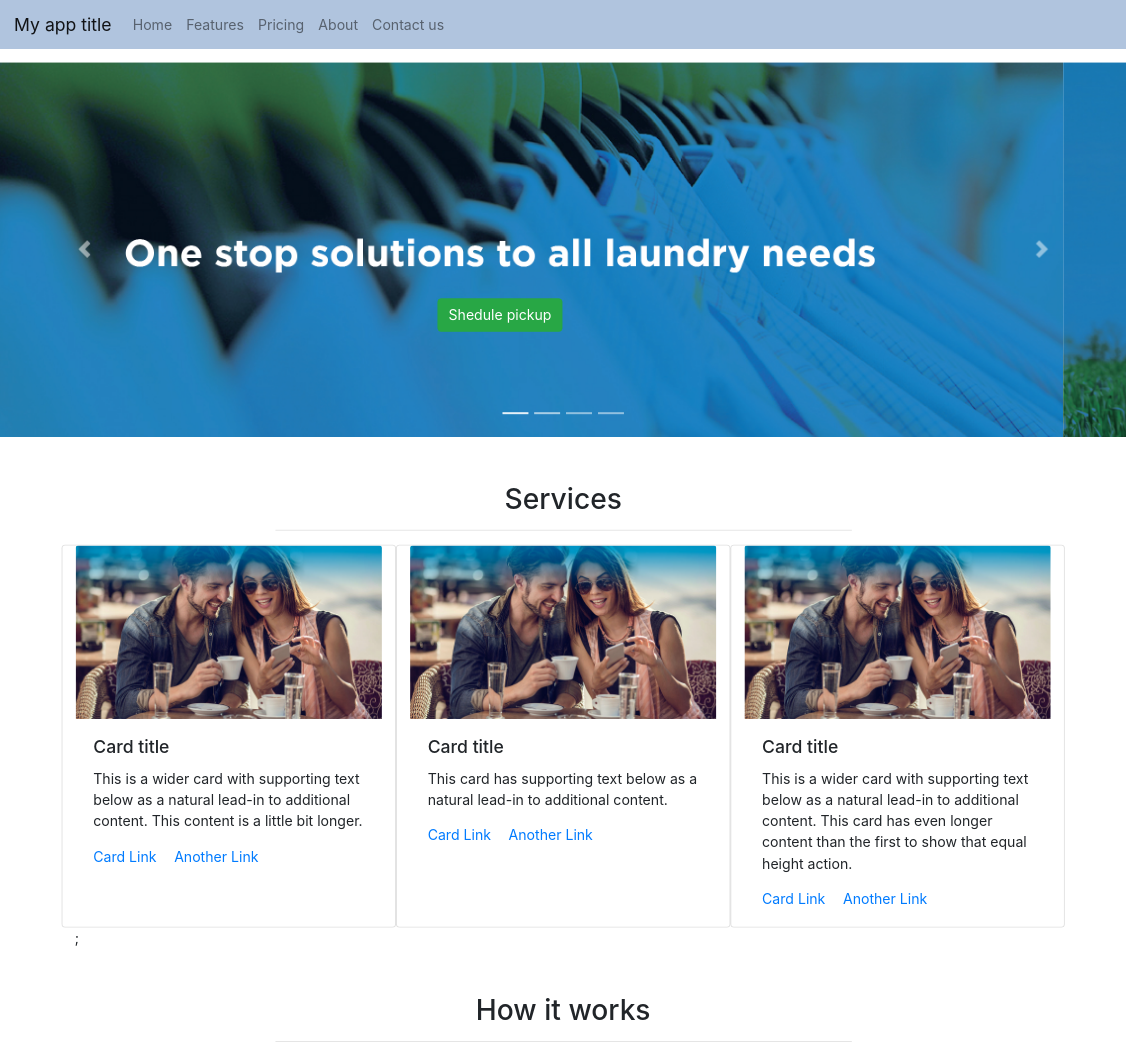
Repository: sravani123/BasicReactWebApp
Page: /
These files come from the project's save history. The page is drawn as it stood at one moment and after the next save; the edit follows.
The browser window is 1280 px wide. The pictures show the whole page, at 88% of full size.
Some web libraries are served in a nearby version. The project was rebuilt for these pictures with package versions that can differ from the ones it lists, and the page was loaded fresh each time. Also part of the build but not shown: src/components/Common/ProgressButton.js, src/components/Pricing/Pricing.js, src/components/About/About.js, src/components/Features/Features.js, src/components/Contact/Contact.js, src/components/Common/Calendar/Hello.js.

Above is the page before, as saved 2019-03-20 18:19:16.

### public/index.html
<!DOCTYPE html>
<html lang="en">
  <head>
    <meta charset="utf-8" />
    <link rel="shortcut icon" href="%PUBLIC_URL%/favicon.ico" />
    <meta
      name="viewport"
      content="width=device-width, initial-scale=1, shrink-to-fit=no"
    />
    <meta name="theme-color" content="#000000" />
    <!--
      manifest.json provides metadata used when your web app is installed on a
      user's mobile device or desktop. See https://developers.google.com/web/fundamentals/web-app-manifest/
    -->
    <link rel="manifest" href="%PUBLIC_URL%/manifest.json" />
    <link
    rel="stylesheet"
    href="https://maxcdn.bootstrapcdn.com/bootstrap/4.2.1/css/bootstrap.min.css"
    integrity="sha384-GJzZqFGwb1QTTN6wy59ffF1BuGJpLSa9DkKMp0DgiMDm4iYMj70gZWKYbI706tWS"
    crossorigin="anonymous"
  />


    <!--
      Notice the use of %PUBLIC_URL% in the tags above.
      It will be replaced with the URL of the `public` folder during the build.
      Only files inside the `public` folder can be referenced from the HTML.

      Unlike "/favicon.ico" or "favicon.ico", "%PUBLIC_URL%/favicon.ico" will
      work correctly both with client-side routing and a non-root public URL.
      Learn how to configure a non-root public URL by running `npm run build`.
    -->
    <title>React App</title>

  </head>
  <body>
    <script src="https://cdnjs.cloudflare.com/ajax/libs/holder/2.9.6/holder.min.js"></script>
      <div id="root"></div>
  </body>
</html>

### src/index.js
import React from 'react';
import ReactDOM from 'react-dom';
import './index.scss';
import * as serviceWorker from './serviceWorker';
import AppRouter from './AppRouter';
import Hello from './components/Common/Calendar/Hello';
ReactDOM.render(<AppRouter />, document.getElementById('root'));

// If you want your app to work offline and load faster, you can change
// unregister() to register() below. Note this comes with some pitfalls.
// Learn more about service workers: http://bit.ly/CRA-PWA
serviceWorker.unregister();

### src/index.scss
 @import './styles/components/home';
 @import './styles/base/settings';
 @import './styles/components/header';

 html {
  font-size: 100%;
}

body {
  margin: 0;
  padding-top: 70px;
  font-family: -apple-system, BlinkMacSystemFont, "Segoe UI", "Roboto", "Oxygen",
    "Ubuntu", "Cantarell", "Fira Sans", "Droid Sans", "Helvetica Neue",
    sans-serif;
  -webkit-font-smoothing: antialiased;
  -moz-osx-font-smoothing: grayscale;
}

code {
  font-family: source-code-pro, Menlo, Monaco, Consolas, "Courier New",
    monospace;
}

### src/AppRouter.js
import React from 'react';
import { BrowserRouter, Route, Switch, Link, NavLink } from 'react-router-dom';
import Home from './components/Home/Home';
import Pricing from './components/Pricing/Pricing';
import About from './components/About/About';
import Features from './components/Features/Features';
import Contact from './components/Contact/Contact';
import Header from './components/Common/Header';

const NotFoundPage = () => (
  <div>
    404!- <Link to="/">Go to Home </Link>
  </div>
);

const AppRouter = () => (
  <BrowserRouter>
    <div>
      <Header />
      <Switch>
        <Route exact={true}  path="/" component={Home} />
        <Route path="/Home" component={Home} />
        <Route path="/Pricing" component={Pricing} />
        <Route path="/About" component={About} />

        <Route path="/Features" component={Features} />
        <Route path="/Contact" component={Contact} />
        <Route component={NotFoundPage} />
      </Switch>
    </div>
  </BrowserRouter>
);


export default AppRouter;

### src/styles/components/_home.scss
Card.Img{
    height: 160px;
    width: 100%;
}
.carousel-item{
    min-height: 400px;
  }

  .item img {
      position: absolute;
      top: 0;
      left: 0;
      min-height: 300px;
  }
  .spacer-small{
      margin: 3.2rem;
  }
  .btn-shedule-service{
      margin-bottom: 5rem;
  }
  .select-service{
      margin:10px 0;
  }
  .date-time-pickers{
      margin: 5px 0;
  }
  .time-picker{
float: right;
}

### src/styles/components/_header.scss
.collapse.navbar-collapse ul.navbar-nav li.nav-item a.nav-link.is-active{
    color: lightblue !important;
    background-color: transparent;
    border-bottom: 4px solid lightblue;
}
.fixed-top  {
background-color:lightsteelblue !important;
}

### src/components/Home/Home.js
import React,  { useState } from 'react';
import DateFnsUtils from "@date-io/date-fns";
import PropTypes from 'prop-types';
import axios from 'axios';
import HomeTemplate from './HomeTemplate';
import "react-datepicker/dist/react-datepicker.css";
import {
  MuiPickersUtilsProvider,
  DatePicker,
  TimePicker
} from "material-ui-pickers";


class Home extends React.Component {
  // const [selectedDate, handleDateChange] = useState(new Date());

  state = {
    open: false,
    selectedDate: new Date(),
    selectedTime : new Date(),
    mailDetails :{
      name:"",
      email:'',
      message:''
    },
    serviceRequest: {
      name: '',
      email: '',
      mobileNumber:'',
      addressOne:'',
      addressTwo:'',
      landMark:'',
      selectedService:''
  }

  };
  handleDateChange = date => {
    console.log(date);
    this.setState({ selectedDate:date});
  };
  handleTimeChange = time => {
    console.log(time);
    this.setState({ selectedTime: time });
  };

  handleShow = () => {
    this.setState({ open: true });
  };

  handleClose = () => {
    this.setState({ open: false });
  };
  handleSelectChange =({target: {name,value}}) => {
    console.log(value);
    this.setState({
    serviceRequest: {
    [name]: value
    }
    });
    }
  // handleServiceTypeChange = event =>{
  //   console.log(event.target.name);
  //   console.log(event.target.value);

  //   this.setState({ [event.target.name]: event.target.value });
  // }
  handleChange = event => {
    event.persist();
    console.log(event.target.value);
    switch(event.target.id) {
      case 'mobile-number':
      this.setState(state => {
        state.serviceRequest.mobileNumber = event.target.value
        return state
      })
      break;
      case 'name':
      this.setState(state => {
        state.serviceRequest.name = event.target.value
        return state
      })
      break;
      // this.setState(state => (state.serviceRequest.mobileNumber = '384239847', state));
      case 'emailId':
      this.setState(state => {
        state.serviceRequest.email = event.target.value
        return state
      })
      break;
      case 'address-one':
      console.log()
      this.setState((state )=> {
        state.serviceRequest.addressOne = event.target.value
        return state
      })
      break;
      case 'address-two':
      this.setState((state ) => {
        state.serviceRequest.addressTwo =   `\n` +event.target.value
        return state
      })
      break;
      case 'landmark':
      this.setState((state ) => {
        console.log('===============event is ================='+event.target.value);
        state.serviceRequest.landMark =  `\n` +event.target.value
        return state
      })
      break;
      case 'hello':
      this.setState((state ) => {
        console.log('===============event is ================='+event.target.value);
        state.serviceRequest.selectedService =   event.target.value
        return state
      })
      break;
      default:
        return 'foo';
    }
  };

   handleSubmit = (e) =>{
     console.log('handle submmit is called ===>>');
    let {selectedDate,selectedTime,serviceRequest: {name, email, mobileNumber,addressOne , addressTwo, landMark,selectedService}} = this.state;
    selectedTime = selectedTime ? selectedTime.getHours() +':' + selectedTime.getMinutes() : '';
    selectedDate = selectedDate? `${selectedDate.getDate()} /  ${selectedDate.getMonth()}` :'';

    // e.preventDefault();
    axios({
        method: "POST",
        url:"http://localhost:3000/url",
        headers: {
          'Access-Control-Allow-Origin': '*',
          'Content-Type': 'application/json',
        },
        data: {
            name: name,
            email: email,
            message: `You have got a service request from the name : ${name} \n on Date: ${selectedDate}  \n Time: ${selectedTime} \n  email: ${email} \n  Contact details: ${mobileNumber} \n Address: ${addressOne} , \n ${addressTwo}, \n ${landMark}`
        }
    }).then((response)=>{
      console.log("============"+name);
      console.log(response);

      this.handleClose();
        if (response.data.msg === 'success'){
            alert("Message Sent.");
            this.resetForm()
        }else if(response.data.msg === 'fail'){
            alert("Message failed to send.")
        }
    })
  };


  render() {
    // {name, email, ...rest} = {a: 10, b: 20, c: 30, d: 40}
    const {selectedDate,selectedTime,serviceRequest: {name, email, mobileNumber,addressOne , addressTwo, landMark,selectedService}} = this.state;
    // const {} = this.state;

    // const { name, email, mobileNumber,addressOne , addressTwo, landMark  } = serviceRequest;
    // const shedulueForm =   { name, email, mobileNumber,addressOne , addressTwo, landMark };
    return (
      <div>

      <HomeTemplate
        handleShow = {this.handleShow}
        handleClose = {this.handleClose}
        handleSubmit = {this.handleSubmit}
        name ={name}
        email={email}
        addressOne={addressOne}
        addressTwo={addressTwo}
         mobileNumber={mobileNumber}
         landMark ={landMark}
         selectedService ={selectedService}
        DateFnsUtils ={DateFnsUtils}
        handleDateChange ={this.handleDateChange}
        handleTimeChange={this.handleTimeChange}
        handleSelectChange ={this.handleSelectChange}
        handleChange = {this.handleChange}
        selectedDate = {selectedDate}
        selectedTime = {selectedTime}
        open = {this.state.open}
       />
     </div>

    );
  }
}


export default Home;

### src/components/Common/Header.js
import ReactDOM from 'react-dom';
import React from 'react';
import {Link} from 'react-router-dom';
import {Navbar, Nav} from 'react-bootstrap';

const Header = () =>(
<div>

<nav className="navbar fixed-top navbar-expand-lg navbar-light bg-light">
      <Link className="navbar-brand"  to="/"  >My app title</Link>
      <button className="navbar-toggler" type="button" data-toggle="collapse" data-target="#navbarSupportedContent" aria-controls="navbarSupportedContent" aria-expanded="false" aria-label="Toggle navigation">
        <span className="navbar-toggler-icon"></span>
      </button>

      <div className="collapse navbar-collapse" id="navbarSupportedContent">
    <ul className="navbar-nav mr-auto">
    <li className="nav-item">
      <Link className="nav-link" to="/Home" >Home</Link>
      </li>
      <li className="nav-item">

      <Link className="nav-link" to="/Features" >Features</Link>
      </li>
      <li className="nav-item">

      <Link className="nav-link" to="/Pricing"  >Pricing</Link>
      </li>
      <li className="nav-item">

      <Link className="nav-link" to="/About" >About</Link>
      </li>
      <li>
      <Link className="nav-link" to="/Contact" >Contact us</Link>
      </li>
  </ul>
  </div>
    </nav>
</div>

);

export default Header;

### src/components/Home/HomeTemplate.js
import React,  { useState } from 'react';
import Carousel from 'react-bootstrap/Carousel';
import carousal_img_one from '../../assets/web-banners-01.jpg';
import carousal_img_two from '../../assets/web-banners-02.jpg';
import carousal_img_three from '../../assets/web-banners-03.jpg';
import carousal_img_four from '../../assets/web-banners-03.jpg';
import TextField from '@material-ui/core/TextField';
import Dialog from '@material-ui/core/Dialog';
import Select from '@material-ui/core/Select';
import DialogActions from '@material-ui/core/DialogActions';
import DialogContent from '@material-ui/core/DialogContent';
import DialogContentText from '@material-ui/core/DialogContentText';
import DialogTitle from '@material-ui/core/DialogTitle';
import Button from 'react-bootstrap/Button';
import Card from 'react-bootstrap/Card';
import myImg from '../../assets/hipsters-cropped-screened.jpg';
import FormControl from '@material-ui/core/FormControl';
import InputLabel from '@material-ui/core/InputLabel';
import MenuItem from '@material-ui/core/MenuItem';
import FormHelperText from '@material-ui/core/FormHelperText';
import ProgressButton from './../Common/ProgressButton'
import baseTheme from 'material-ui/styles/baseThemes/lightBaseTheme';
import getMuiTheme from 'material-ui/styles/getMuiTheme';
import MuiThemeProvider from 'material-ui/styles/MuiThemeProvider'

import {
    MuiPickersUtilsProvider,
    DatePicker,
    TimePicker
  } from "material-ui-pickers";

  const styles = theme => ({
    root: {
      display: 'flex',
      flexWrap: 'wrap',
    },
    formControl: {
      margin: theme.spacing.unit,
      minWidth: 120,
    },
    selectEmpty: {
      marginTop: theme.spacing.unit * 2,
    },
  });
const CarousalTemplate = (props) =>  (


   <div>
    <Carousel>
    <Carousel.Item>
      <img
        className="d-block w-100"
        src={carousal_img_one}
        alt="First slide"
      />
     <div className="carousel-caption d-none d-md-block">
    <button type="button" className="btn btn-success btn-shedule-service"  onClick={props.handleShow}>Shedule pickup </button>
    </div>
    </Carousel.Item>
    <Carousel.Item>
      <img
        className="d-block w-100"
        src={carousal_img_two}
        alt="Second slide"
      />
  <div className="carousel-caption d-none d-md-block">
    <button type="button" className="btn btn-success btn-shedule-service"  onClick={props.handleShow}>Shedule pickup</button>
    </div>

    </Carousel.Item>
    <Carousel.Item>
      <img
        className="d-block w-100"
        src={carousal_img_three}
        alt="Third slide"
      />
  <div className="carousel-caption d-none d-md-block">
    <button type="button" className="btn btn-success btn-shedule-service"  onClick={props.handleShow}>Shedule pickup</button>
    </div>

    </Carousel.Item>
    <Carousel.Item>
      <img
        className="d-block w-100"
        src={carousal_img_four}
        alt="Third slide"
      />
  <div className="carousel-caption d-none d-md-block">
    <button type="button" className="btn btn-success btn-shedule-service"  onClick={props.handleShow}>Shedule pickup</button>
    </div>
    </Carousel.Item>
  </Carousel>
  <MuiThemeProvider muiTheme={getMuiTheme()}>

  <Dialog
            open={props.open}
            onClose={props.handleClose}
            aria-labelledby="form-dialog-title"
          >
            <DialogTitle id="form-dialog-title">Submit a pickup request</DialogTitle>
            <DialogContent>
              <DialogContentText>
                To subscribe to this website, please enter your email address here. We will send
                updates occasionally.
              </DialogContentText>
              <form  noValidate autoComplete="off">

              <TextField
                autoFocus
                margin="dense"
                id="name"
                label="Name"
                value = {props.name}
                onChange={props.handleChange}
                type="text"
                fullWidth
              />
               <TextField
                autoFocus
                margin="dense"
                id="emailId"
                label="Email Address"
                type="email"
                value= {props.email}
                onChange={props.handleChange}

                fullWidth
              />
               <TextField
                autoFocus
                margin="dense"
                id="mobile-number"
                label="Mobile number"
                type="number"
                onChange={props.handleChange}

                value ={props.mobileNumber}
                fullWidth
              />
           <FormControl required fullWidth className="formControl">
           <InputLabel htmlFor="service-required">Selected Service</InputLabel>
          <Select
            value={props.selectedService}
            onChange={props.handleSelectChange}
            inputProps={{
              name: 'selectedService',
              // id: 'age-required',
            }}
          >
            <MenuItem value="">
              <em>None</em>
            </MenuItem>
            <MenuItem value={10}>Ten</MenuItem>
            <MenuItem value={20}>Twenty</MenuItem>
            <MenuItem value={30}>Thirty</MenuItem>
          </Select>
          <FormHelperText>Required</FormHelperText>
        </FormControl>

            <MuiPickersUtilsProvider utils={props.DateFnsUtils}>
            <div className="date-time-pickers">

            <DatePicker
            className = "date-picker"
            value={props.selectedDate}
            onChange={props.handleDateChange}
          />
            <TimePicker className = "time-picker" value={props.selectedTime} onChange={props.handleTimeChange} />
             </div>
          </MuiPickersUtilsProvider>
          <TextField
                autoFocus
                margin="dense"
                id="address-one"
                label="Address Line 1 "
                onChange={props.handleChange}

                type="text"
                fullWidth
              />
                <TextField
                autoFocus
                margin="dense"
                id="address-two"
                label="Address Line 2 "
                onChange={props.handleChange}

                type="text"
                fullWidth
              />
                <TextField
                autoFocus
                margin="dense"
                id="landmark"
                label="Landmark"
                onChange={props.handleChange}

                type="text"
                fullWidth
              />
              </form>
            </DialogContent>
            <DialogActions>

              <Button onClick={props.handleClose} color="primary">
                Cancel
              </Button>
              <ProgressButton extendClick = {props.handleSubmit} />
              {/* <Button onClick={props.handleSubmit} color="primary">
                Submit
              </Button> */}
            </DialogActions>
          </Dialog>
          </MuiThemeProvider>

          <div>
  <div className="spacer-small"> </div>
  <div className= "col-md-12 col-sm-12 heading-div">
  <h2 className="text-center">Services</h2>
  <hr className="col-sm-6 col-md-6"/>

  </div>

  <div className="container">
   <div className="row ">
    <Card className="col-md-4 col-xs-6">
      <Card.Img variant="top" src={myImg}  />
      <Card.Body>
        <Card.Title>Card title</Card.Title>
        <Card.Text>
          This is a wider card with supporting text below as a natural lead-in to
          additional content. This content is a little bit longer.
        </Card.Text>
        <Card.Link href="#">Card Link</Card.Link>
      <Card.Link href="#">Another Link</Card.Link>
      </Card.Body>

    </Card>
    <Card className="col-md-4 col-xs-6">
      <Card.Img variant="top" src={myImg} />
      <Card.Body>
        <Card.Title>Card title</Card.Title>
        <Card.Text>
          This card has supporting text below as a natural lead-in to additional
          content.{' '}
        </Card.Text>
        <Card.Link href="#">Card Link</Card.Link>
      <Card.Link href="#">Another Link</Card.Link>
      </Card.Body>

    </Card>
    <Card className="col-md-4 col-xs-6">
      <Card.Img variant="top" src={myImg}  />
      <Card.Body>
        <Card.Title>Card title</Card.Title>
        <Card.Text>
          This is a wider card with supporting text below as a natural lead-in to
          additional content. This card has even longer content than the first to
          show that equal height action.
        </Card.Text>
        <Card.Link href="#">Card Link</Card.Link>
      <Card.Link href="#">Another Link</Card.Link>
      </Card.Body>

    </Card>
  </div>;
  </div>
  <div className="spacer-small"> </div>
  <div className= "col-md-12 col-sm-12 heading-div">
  <h2 className="text-center">How it works</h2>
  <hr className="col-sm-6 col-md-6"/>
  </div>
  </div>
  </div>


  )

export default CarousalTemplate;

Loaded but not shown: src/serviceWorker.js (common file); src/styles/base/_settings.scss (common file)

After the next save:
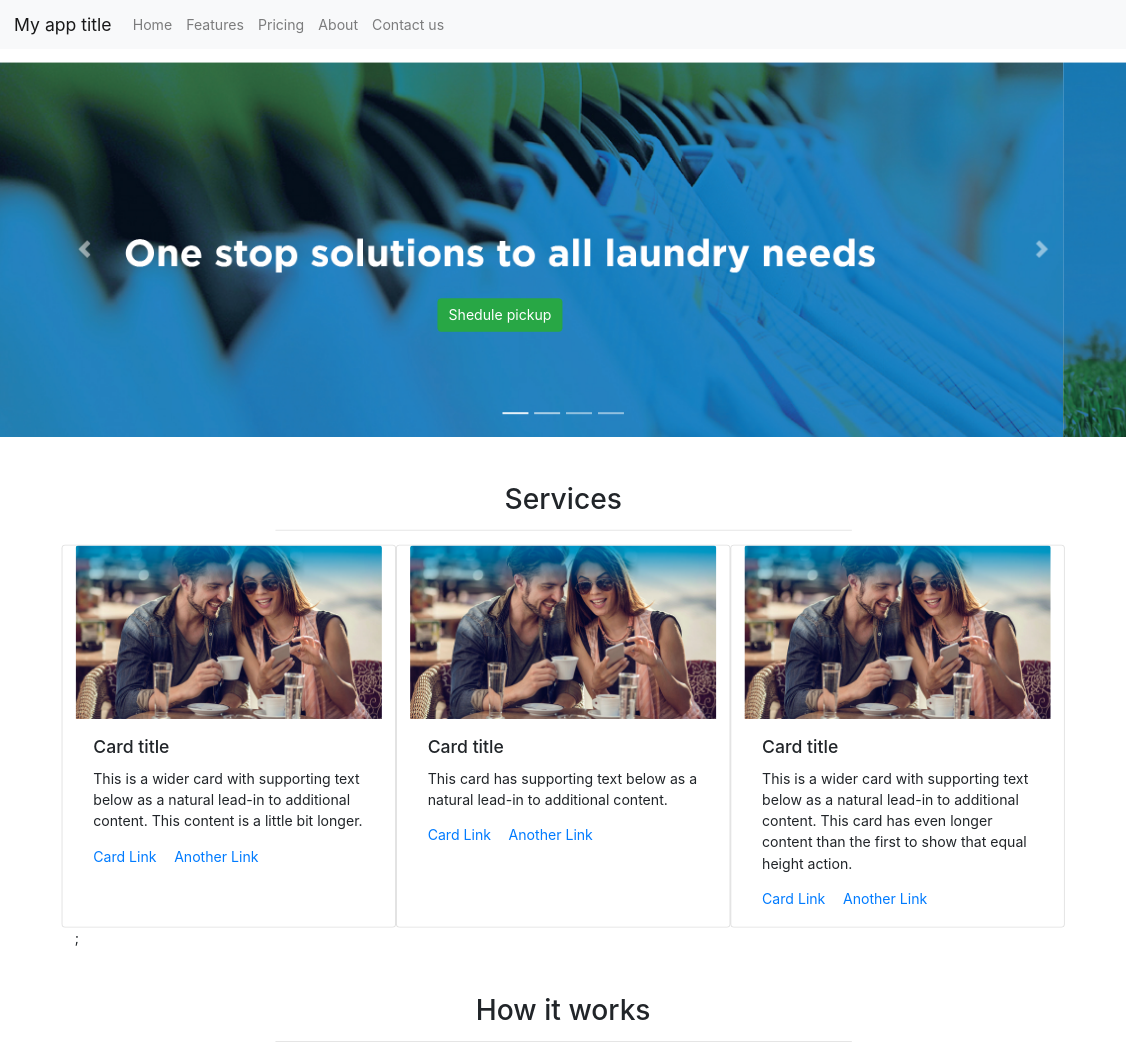
Saved 57 s later.
--- a/src/styles/components/_header.scss
+++ b/src/styles/components/_header.scss
@@ -3,6 +3,6 @@
     background-color: transparent;
     border-bottom: 4px solid lightblue;
 }
-.fixed-top  {
-background-color:lightsteelblue !important;
-}
+// .fixed-top  {
+// background-color: !important;
+// }
